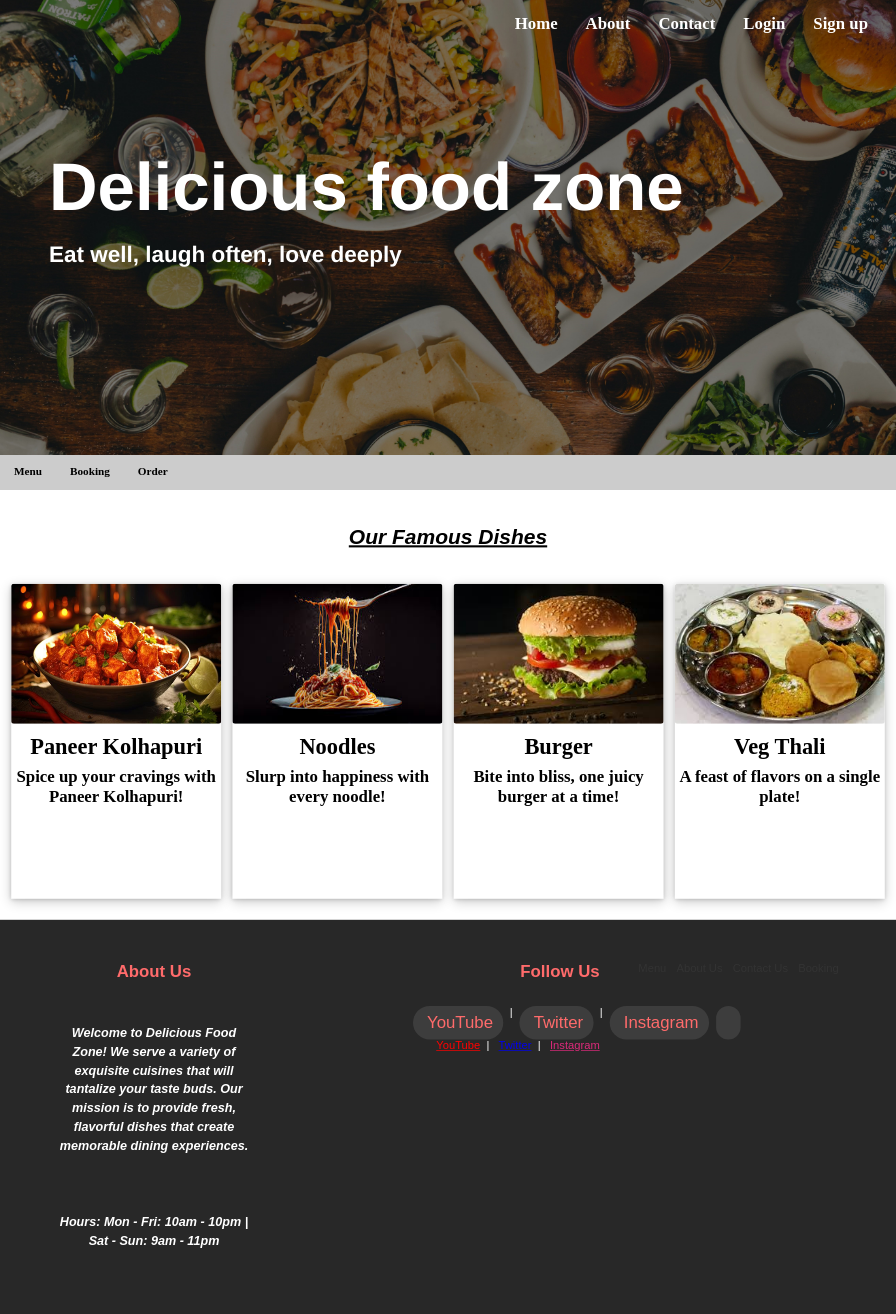
Repository: Shreya-Bonde/Restaurant-management-system
Page: index.html
These files come from the project's save history. The page is drawn as it stood at one moment and after a run of saves; the edit follows.
The browser window is 1280 px wide. The pictures show the whole page, at 70% of full size.

Above is the page before, as saved 2024-10-17 18:59:22.

### index.html
<!DOCTYPE html>
<html lang="en">
<head>
    <meta charset="UTF-8">
    <meta name="viewport" content="width=device-width, initial-scale=1.0">
    <title>Document</title>
    <link rel="stylesheet" href="style.css">
</head>
<body>
    <header>
        <div class="banner-container">
                <nav class="navbar">
                    <ul>
                        <li><a href="#home">Home</a></li>
                        <li><a href="/about.html">About</a></li>
                        <li><a href="/contact.html">Contact</a></li>
                        <li><a href="/login.html">Login</a></li>
                        <li><a href="#">Sign up</a></li>
                    </ul>
                </nav>
                <div class="centered-text">
                    <h1>Delicious food zone</h1>
                    <h6>Eat well, laugh often, love deeply</h6>
                </div>
         </div>
         <div class="nav-bar">
            <nav>
                <a class="menu-btn" href="#">Menu</a>
                <a class="menu-btn" href="#">Booking</a>
                <a class="menu-btn" href="#">Order</a>
            </nav>
         </div>
    </header>
        <p>Our Famous Dishes</p>
        <div class="Flex">
            <div class="flex-item fitem1">
                <img src="paneer kolhapuri.jpg" alt="">
                <h1>Paneer Kolhapuri</h1>
                <h2>Spice up your cravings with Paneer Kolhapuri!</h2>
            </div>
            <div class="flex-item fitem2">
                <img src="noodles1.jpg" alt="">
                <h1>Noodles</h1>
                <h2>Slurp into happiness with every noodle!</h2>
            </div>
            <div class="flex-item fitem3">
                <img src="burger.jpg" alt="">
                <h1>Burger</h1>
                <h2>Bite into bliss, one juicy burger at a time!</h2>
            </div>
            <div class="flex-item fitem4">
                <img src="veg thali.jpg" alt="">
                <h1>Veg Thali</h1>
                <h2>A feast of flavors on a single plate!</h2>
            </div>
        </div>


    <footer class="footer">
        <div class="footer-container">
            <div class="footer-about">
                <h2>About Us</h2>
                <p>
                    Welcome to Delicious Food Zone! We serve a variety of exquisite cuisines that will tantalize your taste buds. Our mission is to provide fresh, flavorful dishes that create memorable dining experiences.
                </p>
                <p>Hours: Mon - Fri: 10am - 10pm | Sat - Sun: 9am - 11pm</p>
            </div>



            <div class="footer-social">
                <h2>Follow Us</h2>
                <div class="social-icons">
                    <a href="https://www.facebook.com/yourrestaurant" target="_blank" aria-label="Facebook" class="yt_handle"
                     rel="noopener noreferrer"> <i class="fa fa-youtube fa-lg yt_handle"></i>YouTube</a>&nbsp;&nbsp;|&nbsp;&nbsp;
                     <a href="http://www.twitter.com/yourrestaurant" target="_blank" class="twitter_handle"
                     rel="noopener noreferrer"> <i class="fa fa-twitter fa-lg linkedin_handle"></i>Twitter</a>&nbsp;&nbsp;|&nbsp;&nbsp;
                     <a href="http://www.instagram.com/dhattarwalaman" target="_blank" class="insta_handle"
                      rel="noopener noreferrer"> <i class="fa fa-instagram fa-lg insta_handle"></i>Instagram</a>
                    <a href="https://www.tripadvisor.com/Restaurant_Review-g1234567-d12345678-Your_Restaurant_Name" target="_blank" aria-label="TripAdvisor"><i class="fab fa-tripadvisor"></i></a>
                </div>

                <div class="sm-handle">
                    <a href="http://www.youtube.com/amandhattarwal" target="_blank" class="yt_handle"
                     rel="noopener noreferrer"> <i class="fa fa-youtube fa-lg yt_handle"></i>YouTube</a>&nbsp;&nbsp;|&nbsp;&nbsp;
                <a href="http://www.linkedin.com/in/dhatterwalaman" target="_blank" class="linkedin_handle"
                rel="noopener noreferrer"> <i class="fa fa-linkedin fa-lg linkedin_handle"></i>Twitter</a>&nbsp;&nbsp;|&nbsp;&nbsp;
                <a href="http://www.instagram.com/dhattarwalaman" target="_blank" class="insta_handle"
                 rel="noopener noreferrer"> <i class="fa fa-instagram fa-lg insta_handle"></i>Instagram</a>

                </div>
            </div>

            <div class="footer-links">
                <a href="menu.html">Menu</a>
                 <a href="about.html">About Us</a>
                 <a href="contact.html">Contact Us</a>
                 <a href="reservations.html">Booking</a>
            </div>
        </div>


        <!-- <div class="footer-bottom">
            <p>&copy; 2024 Delicious Food Zone. All rights reserved.</p>
        </div> -->
    </footer>

</body>
</html>

### style.css
* {
    box-sizing: border-box;
    margin: 0;
    padding: 0;
}
.banner-container {
    background-image: url(background1.jpg);
    background-repeat: no-repeat;
    background-size: cover;
    position: relative;
    width: 100%;
    height: 650px;
}
.navbar {
    position: absolute;
    top: 0;
    right: 0;
    padding: 20px;
}
.centered-text {
    position: absolute;
    top: 30%;
    left: 70px;
    color: white;
    line-height: 1.5;
    font-weight: bold;
    font-size: 3rem;
    font-family: 'Franklin Gothic Medium', 'Arial Narrow', Arial, sans-serif;
}
h6 {
    justify-content: center;
    margin-bottom: 20px;
}
nav ul {
    list-style-type: none;
    margin: 0;
    padding: 0;
    display: flex;
    justify-content: right;
    font-size: 1.5rem;
}
nav ul li {
    margin: 0 20px;
}
nav ul li a {
    color: white;
    text-decoration: none;
    font-weight: bold;
}
nav ul li a:hover {
    text-decoration: underline;
}
.nav-bar {
    display: flex;
    background-color: #ccc;
    height: 50px;
    background-attachment: fixed;
}
.menu-btn {
    display: block;
    float: left;
    color: black;
    text-align: center;
    text-decoration: none;
    padding: 15px 20px;
    position: sticky;
    font-weight: bold;
}
.menu-btn:hover {
    background-color: #ddd;
    color: black;
}
.Flex {
    width: 100%;
    display: flex;
    flex-wrap: wrap;
    box-sizing: gray;
    align-items: center;
    justify-content: space-evenly;
}
.flex-item {
    box-shadow: 0 2px 6px 0 rgba(0,0,0,0.2), 0 4px 16px 0 rgba(0,0,0,0.2);
    margin: 0;
    padding: 0;
}
.flex-item img {
 width: 100%;
 object-fit: fill;
}
.flex-item {
    margin-top: 20px;
    margin-bottom: 30px;
    display: inline-block;
    background-color: white;
    width: 300px;
    height: 450px;
    text-align: center;
}
.flex-item:hover {
    transform: scale(1.05);
}
img {
    width: 100%;
    height: 200px;
    object-fit: fill;
    border-radius: 4px;
}
p {
    text-align: center;
    font-size: 30px;
    font-weight: bold;
    font-style: oblique;
    font-family: Arial, Helvetica, sans-serif;
    padding: 50px 20px 30px;
    text-decoration: underline;
}
.flex-item h2 {
    line-height: 1.2;
}
.flex-item h1 {
    padding-top: 10px;
    padding-bottom: 10px;
}

footer {
    background-color: #282828;
    color: #fff;
    padding: 40px 20px;
    text-align: center;
    font-family: 'Arial', sans-serif;
}

.footer-container {
    display: flex;
    justify-content: space-between;
    flex-wrap: wrap;
    max-width: 1200px;
    margin: 0 auto;
    padding: 20px;
}

.footer-about,
.footer-links,
.footer-social {
    flex: 1;
    min-width: 250px;
}

.footer-about h2,
.footer-links h2,
.footer-social h2 {
    color: #ff6b6b;
    margin-bottom: 10px;
}

.footer-about p {
    text-decoration: none;
    line-height: 1.5;
    font-size: 18px;
    margin: 1px 0;
}


/* .footer-links a {
    display: inline-block;
    float: right;
    color: white;
    text-align: center;
    text-decoration: none;
    padding: 15px 20px;
    position: sticky;
    color: #ff6b6b;
    text-decoration: none;
    transition: color 0.3s ease;
}

.footer-links a:hover {
    color: #fff;
} */
.footer-links {
    margin-top: 0px; /* Add some space above the links */
}

.footer-links a {
    display: inline-block;
    margin-right: 10px; /* Spacing between the links */
    text-decoration: none;
    color: #333; /* You can change the color if needed */
}

.footer-links a:hover {
    color: #007BFF; /* Hover effect on links */
}
/* .footer-social {
    margin-left: 200px;
} */
/* .footer-social .social-icons {
    display: flex;
    justify-content: center;
    margin-top: 10px;
}
.footer-social h2 {
    margin-bottom: 35px;
    margin-left: 120px;
}
.footer-social .social-icons a {
    color: #ff6b6b;
    margin-left: 10px;
    font-size: 24px;
    transition: color 0.3s ease;
}

.footer-social .social-icons a:hover {
    color: #fff;
}
.social-icons {
    display: flex;
    flex-wrap: nowrap;
    justify-content: space-between;
    align-items: center;
    margin-top: 10px;
}
.social-icons a {
    background-color: rgb(125 125 125 / 25%);
    padding: 10px 15px;
    border-radius: 30px;
    margin: 5px 10px;
    text-decoration: none;
    font-size: 1.25em;
}

.social-icons a:hover {
    background-color: rgb(30 30 30 / 25%);
}

.social-icons a i {
    margin: 5px;
}
.yt_handle {
    color: #FF0000;
}

.Twitter_handle {
    color: #0e76a8;
}

.insta_handle {
    color: #dd2a7b;
}

.footer-bottom {
    margin-top: 20px;
    font-size: 10px;
    color: #ccc;
} */


.footer-social {
    margin-left: 200px; /* Adjust this value to shift further or less */
}

.footer-social .social-icons {
    display: flex;
    justify-content: flex-start; /* Align icons to the start */
    margin-top: 10px;
}

.footer-social h2 {
    margin-bottom: 35px;
    margin-left: 120px; /* Adjust this value to control the shift */
}

.footer-social .social-icons a {
    color: #ff6b6b; /* Default color */
    margin-left: 10px;
    font-size: 24px;
    transition: color 0.3s ease;
    text-decoration: none; /* Remove underline from links */
    padding: 10px 15px; /* Add some padding for a button-like effect */
    border-radius: 30px; /* Round corners */
    background-color: rgb(125 125 125 / 25%); /* Light background */
}

.footer-social .social-icons a:hover {
    color: #fff; /* Change text color on hover */
    background-color: rgb(30 30 30 / 25%); /* Darken background on hover */
}

.social-icons a i {
    margin-right: 5px; /* Space between icon and text */
}

/* Specific colors for social media links */
.fb_handle {
    color: #3b5998; /* Facebook color */
}

.twitter_handle {
    color: #1da1f2; /* Twitter color */
}

.insta_handle {
    color: #dd2a7b; /* Instagram color */
}

.yt_handle {
    color: #FF0000; /* YouTube color */
}

After the next 4 saves:
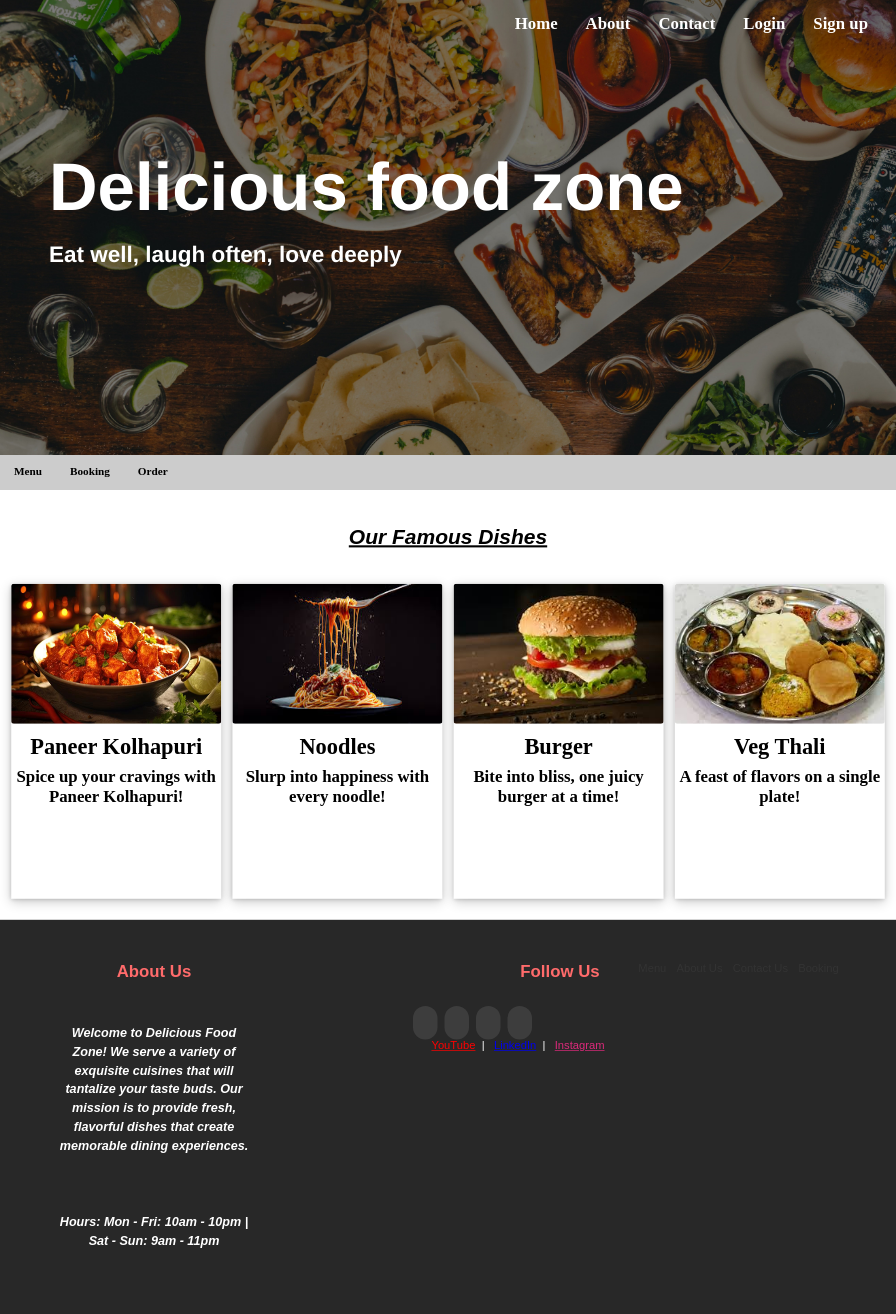
The 4 saves are shown as one change because they came seconds apart.
The last was saved 25 s later.
--- a/index.html
+++ b/index.html
@@ -71,12 +71,9 @@
             <div class="footer-social">
                 <h2>Follow Us</h2>
                 <div class="social-icons">
-                    <a href="https://www.facebook.com/yourrestaurant" target="_blank" aria-label="Facebook" class="yt_handle"
-                     rel="noopener noreferrer"> <i class="fa fa-youtube fa-lg yt_handle"></i>YouTube</a>&nbsp;&nbsp;|&nbsp;&nbsp;
-                     <a href="http://www.twitter.com/yourrestaurant" target="_blank" class="twitter_handle"
-                     rel="noopener noreferrer"> <i class="fa fa-twitter fa-lg linkedin_handle"></i>Twitter</a>&nbsp;&nbsp;|&nbsp;&nbsp;
-                     <a href="http://www.instagram.com/dhattarwalaman" target="_blank" class="insta_handle"
-                      rel="noopener noreferrer"> <i class="fa fa-instagram fa-lg insta_handle"></i>Instagram</a>
+                    <a href="https://www.facebook.com/yourrestaurant" target="_blank" aria-label="Facebook"><i class="fab fa-facebook-f"></i></a>
+                    <a href="https://twitter.com/yourrestaurant" target="_blank" aria-label="Twitter"><i class="fab fa-twitter"></i></a>
+                    <a href="https://www.instagram.com/yourrestaurant" target="_blank" aria-label="Instagram"><i class="fab fa-instagram"></i></a>
                     <a href="https://www.tripadvisor.com/Restaurant_Review-g1234567-d12345678-Your_Restaurant_Name" target="_blank" aria-label="TripAdvisor"><i class="fab fa-tripadvisor"></i></a>
                 </div>
 
@@ -84,7 +81,7 @@
                     <a href="http://www.youtube.com/amandhattarwal" target="_blank" class="yt_handle"
                      rel="noopener noreferrer"> <i class="fa fa-youtube fa-lg yt_handle"></i>YouTube</a>&nbsp;&nbsp;|&nbsp;&nbsp;
                 <a href="http://www.linkedin.com/in/dhatterwalaman" target="_blank" class="linkedin_handle"
-                rel="noopener noreferrer"> <i class="fa fa-linkedin fa-lg linkedin_handle"></i>Twitter</a>&nbsp;&nbsp;|&nbsp;&nbsp;
+                rel="noopener noreferrer"> <i class="fa fa-linkedin fa-lg linkedin_handle"></i>LinkedIn</a>&nbsp;&nbsp;|&nbsp;&nbsp;
                 <a href="http://www.instagram.com/dhattarwalaman" target="_blank" class="insta_handle"
                  rel="noopener noreferrer"> <i class="fa fa-instagram fa-lg insta_handle"></i>Instagram</a>
 
